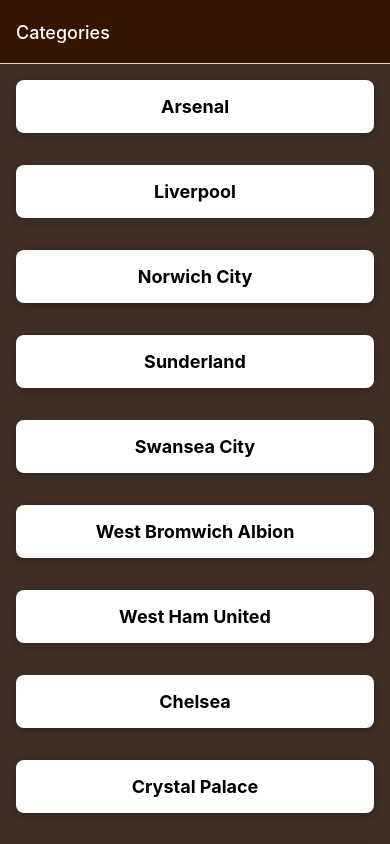
Repository: localanas/magasin_foot
Screen: /
The author's editor kept a copy of each file at every save. The screen is drawn from the files as they stood at one save, then again after the next save.
An inner scrolling area shows only its first screen. The app was drawn by React Native's web renderer in a window 390 px wide. The project was rebuilt for these pictures with package versions that can differ from the ones it lists, and the page was loaded fresh each time. Also part of the build but not shown: components/MealItem.js, screens/MealsOverviewScreen.js.

Above is the screen before, as saved 2022-08-01 00:15:54.

After the next save:
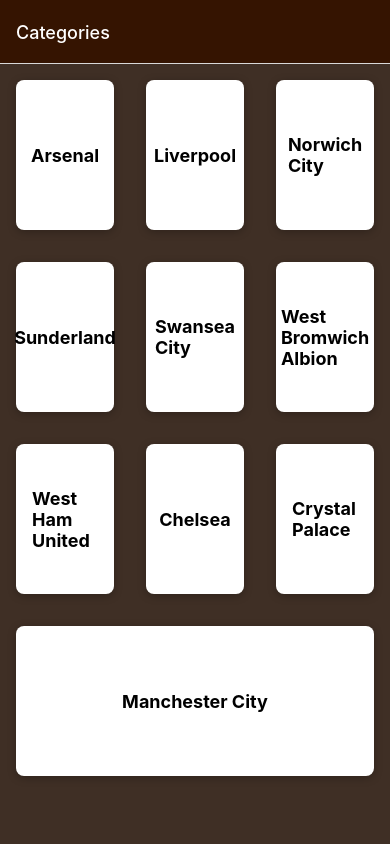
Saved 7 s later.
--- a/screens/CategoriesScreen.js
+++ b/screens/CategoriesScreen.js
@@ -26,7 +26,7 @@
       data={PRODUCTS}
       keyExtractor={(item) => item.ref}
       renderItem={renderCategoryItem}
-      numColumns={1}
+      numColumns={3}
     />
   );
 }
